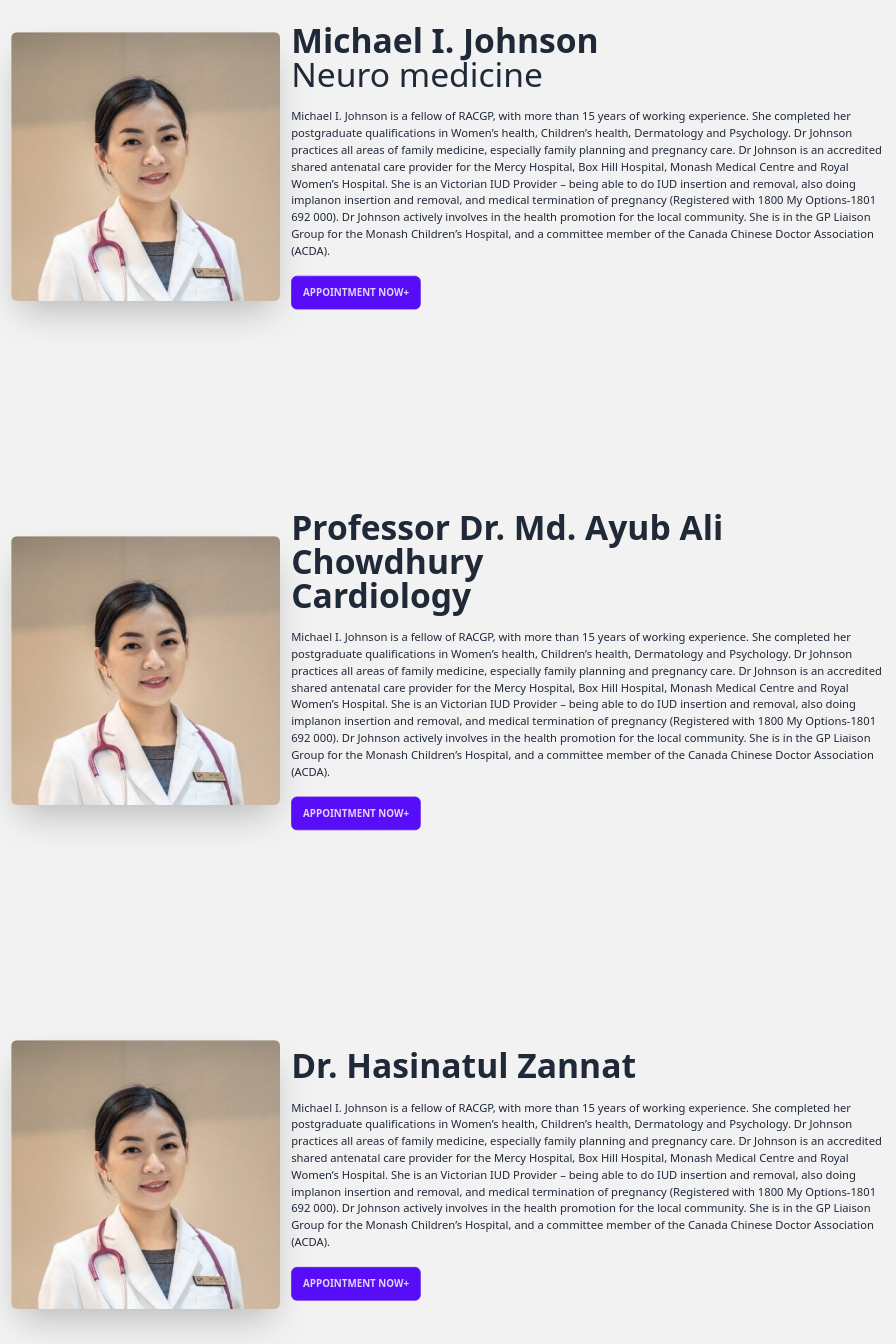
Repository: salmaakter11/Medical-Health
Page: /
An editor plug-in stored every save of this project. The page is shown before and after the next save, followed by the edit.
The browser window is 1280 px wide. The pictures show the part of the page from y = 1050 to 2970 px (the page is 3088 px tall), at 70% of full size.
The project was rebuilt for these pictures with package versions that can differ from the ones it lists, and the page was loaded fresh each time. Also part of the build but not shown: vite.config.js.

Above is the page before, as saved 2023-07-10 21:47:57.

### index.html

<!DOCTYPE html>
<html lang="en">
  <head>
    <meta charset="UTF-8" />
    <link rel="icon" type="image/svg+xml" href="src/img/img3.jpg" />
    <meta name="viewport" content="width=device-width, initial-scale=1.0" />
    <title>Medical Health</title>
  </head>
  <body>
    <div id="root"></div>
    <script type="module" src="/src/main.jsx"></script>
  </body>
</html>

### src/App.jsx
import Home from "./component/Home/Home"
import Navbar from "./component/Navbar/Navbar"
import Doctor from "./component/Doctor's/Doctor"



function App() {


  return (
    <>
    <Navbar></Navbar>
    <Home></Home>
    <Doctor></Doctor>


    </>
  )
}

export default App

### src/component/Home/Home.jsx

import React from 'react';


const Home = () => {
  return (
    <div id="Home">
      <div className="hero min-h-screen" style={{backgroundImage: 'url(https://medicaleducationsjp.com/-/media/Project/SXA/St-John-Providence-MedEd/providence-providence-park-hospital-southfield.jpg?la=en&hash=6BFBFC9A4CD3C2C67CDD857FB88B5C53FA24BCE4)'}}>
  <div className="hero-overlay bg-opacity-60"></div>
  <div className="hero-content text-center text-neutral-content">
    <div className="max-w-md">
      <h1 className="mb-5 text-5xl font-bold">We Care Medical & Health </h1>
      <p className="mb-5">We will conduct a complete dental examination and create an individualized treatment plan for you .</p>
      <button className="btn btn-primary">Make an Appointment +</button>
    </div>
  </div>
</div>

    </div>
  );
};

export default Home;

### src/component/Navbar/Navbar.jsx
import React from 'react';
import './Navbar.css'
const Navbar = () => {
    return (
        <div>
            <div className="navbar bg-base-100 nav z-40 shadow-sm shadow-black ">
                <div className="navbar-start">
                    <div className="dropdown">
                        <label tabindex="0" className="btn btn-ghost lg:hidden">
                            <svg xmlns="http://www.w3.org/2000/svg" className="h-5 w-5" fill="none" viewBox="0 0 24 24" stroke="currentColor"><path stroke-linecap="round" stroke-linejoin="round" stroke-width="2" d="M4 6h16M4 12h8m-8 6h16" /></svg>
                        </label>

                        {/* mobile device nav */}

                        <ul tabindex="0" className="menu menu-sm dropdown-content mt-3 p-2 shadow bg-base-100 rounded-box w-52 text-xl font-bold">
                        <li><a href="#Home" >Home </a></li>
    <li><a href="#Doctor">Doctor details</a></li>
    <li><a href="#Service">Service</a></li>
    <li><a href="#Shop">Medecine shop</a></li>
        <li><a href="#Contact" >Contact</a></li>
        <li><a href="#photo" >Photo&Gallery</a></li>
        <li><a href="#livechat" >LiveChat</a></li>


      </ul>
    </div>

    <a id='' href='/' className="btn btn-ghost normal-case text-xl font-bold text-xl front-bold"> Medical Health</a>
  </div>

  {/* pc device nav */}
  <div className="navbar-center hidden lg:flex ">
    <ul className="menu menu-horizontal px-1 text-xl font-bold">
    <li><a href="#Home" >Home </a></li>
    <li><a href="#Doctor">Doctor details</a></li>
    <li><a href="#Service">Service</a></li>
    <li><a href="#Shop">Medecine shop</a></li>
        <li><a href="#Contact" >Contact</a></li>
        <li><a href="#Contact" >Photo&Gallery</a></li>
        <li><a href="#livechat" >LiveChat</a></li>


    </ul>
  </div>
  <div className="navbar-end pr-10">
    {/* nav facebook logo */}

  <a target="blank" href="https://www.facebook.com/Salma.com.37"><svg xmlns="http://www.w3.org/2000/svg" width="30" height="30" viewBox="0 0 24 24" className="fill-current"><path d="M9 8h-3v4h3v12h5v-12h3.642l.358-4h-4v-1.667c0-.955.192-1.333 1.115-1.333h2.885v-5h-3.808c-3.596 0-5.192 1.583-5.192 4.615v3.385z"></path></svg></a>
  </div>
            </div>
        </div>
    );
};

export default Navbar;

### src/component/Doctor's/Doctor.jsx
import doc1 from "../../img/doc1.jpg"
import React from 'react';

const Doctor = () => {
    return (
        <div>
            <h1 className=' text-center text-neutral font-bold text-5xl py-20 '>Doctor Deteils</h1>
            <div>
                {/* Doctor1 */}
            <div className="hero min-h-screen bg-base-200">
  <div className="hero-content flex-col lg:flex-row">
    <img src={doc1} className="max-w-sm rounded-lg shadow-2xl" />
    <div>
      <h1 className="text-5xl font-bold">Michael I. Johnson</h1>
      <h6 className="text-5xl ">Neuro medicine </h6>
      <p className="py-6">Michael I. Johnson is a fellow of RACGP, with more than 15 years of working experience. She completed her postgraduate qualifications in Women’s health, Children’s health, Dermatology and Psychology.
Dr Johnson practices all areas of family medicine, especially family planning and pregnancy care. Dr Johnson is an accredited shared antenatal care provider for the Mercy Hospital, Box Hill Hospital, Monash Medical Centre and Royal Women’s Hospital. She is an Victorian IUD Provider – being able to do IUD insertion and removal, also doing implanon insertion and removal, and medical termination of pregnancy (Registered with 1800 My Options-1801 692 000).
Dr Johnson actively involves in the health promotion for the local community. She is in the GP Liaison Group for the Monash Children’s Hospital, and a committee member of the Canada Chinese Doctor Association (ACDA).</p>
      <button className="btn btn-primary">Appointment Now+</button>
    </div>
  </div>
</div>

{/* Doctor2 */}
<div className="hero min-h-screen bg-base-200">
  <div className="hero-content flex-col lg:flex-row">
    <img src={doc1} className="max-w-sm rounded-lg shadow-2xl" />
    <div>
      <h1 className="text-5xl font-bold">Professor Dr. Md. Ayub Ali Chowdhury</h1>
      <h4 className="text-5xl font-bold">Cardiology</h4>
      <p className="py-6">Michael I. Johnson is a fellow of RACGP, with more than 15 years of working experience. She completed her postgraduate qualifications in Women’s health, Children’s health, Dermatology and Psychology.
Dr Johnson practices all areas of family medicine, especially family planning and pregnancy care. Dr Johnson is an accredited shared antenatal care provider for the Mercy Hospital, Box Hill Hospital, Monash Medical Centre and Royal Women’s Hospital. She is an Victorian IUD Provider – being able to do IUD insertion and removal, also doing implanon insertion and removal, and medical termination of pregnancy (Registered with 1800 My Options-1801 692 000).
Dr Johnson actively involves in the health promotion for the local community. She is in the GP Liaison Group for the Monash Children’s Hospital, and a committee member of the Canada Chinese Doctor Association (ACDA).</p>
      <button className="btn btn-primary">Appointment Now+</button>
    </div>
  </div>
</div>
{/*
Doctor 3 */}

<div className="hero min-h-screen bg-base-200">
  <div className="hero-content flex-col lg:flex-row">
    <img src={doc1} className="max-w-sm rounded-lg shadow-2xl" />
    <div>
      <h1 className="text-5xl font-bold">Dr. Hasinatul Zannat</h1>
      <h6 className="text-3xl"></h6>
      <p className="py-6">Michael I. Johnson is a fellow of RACGP, with more than 15 years of working experience. She completed her postgraduate qualifications in Women’s health, Children’s health, Dermatology and Psychology.
Dr Johnson practices all areas of family medicine, especially family planning and pregnancy care. Dr Johnson is an accredited shared antenatal care provider for the Mercy Hospital, Box Hill Hospital, Monash Medical Centre and Royal Women’s Hospital. She is an Victorian IUD Provider – being able to do IUD insertion and removal, also doing implanon insertion and removal, and medical termination of pregnancy (Registered with 1800 My Options-1801 692 000).
Dr Johnson actively involves in the health promotion for the local community. She is in the GP Liaison Group for the Monash Children’s Hospital, and a committee member of the Canada Chinese Doctor Association (ACDA).</p>
      <button className="btn btn-primary">Appointment Now+</button>
    </div>
  </div>
</div>

            </div>
        </div>
    );
};

export default Doctor;

### src/component/Navbar/Navbar.css
.nav {
    position: fixed;
    top: o;
}

Loaded but not shown: src/main.jsx (common file); src/index.css (common file); tailwind.config.js (common file)

After the next save:
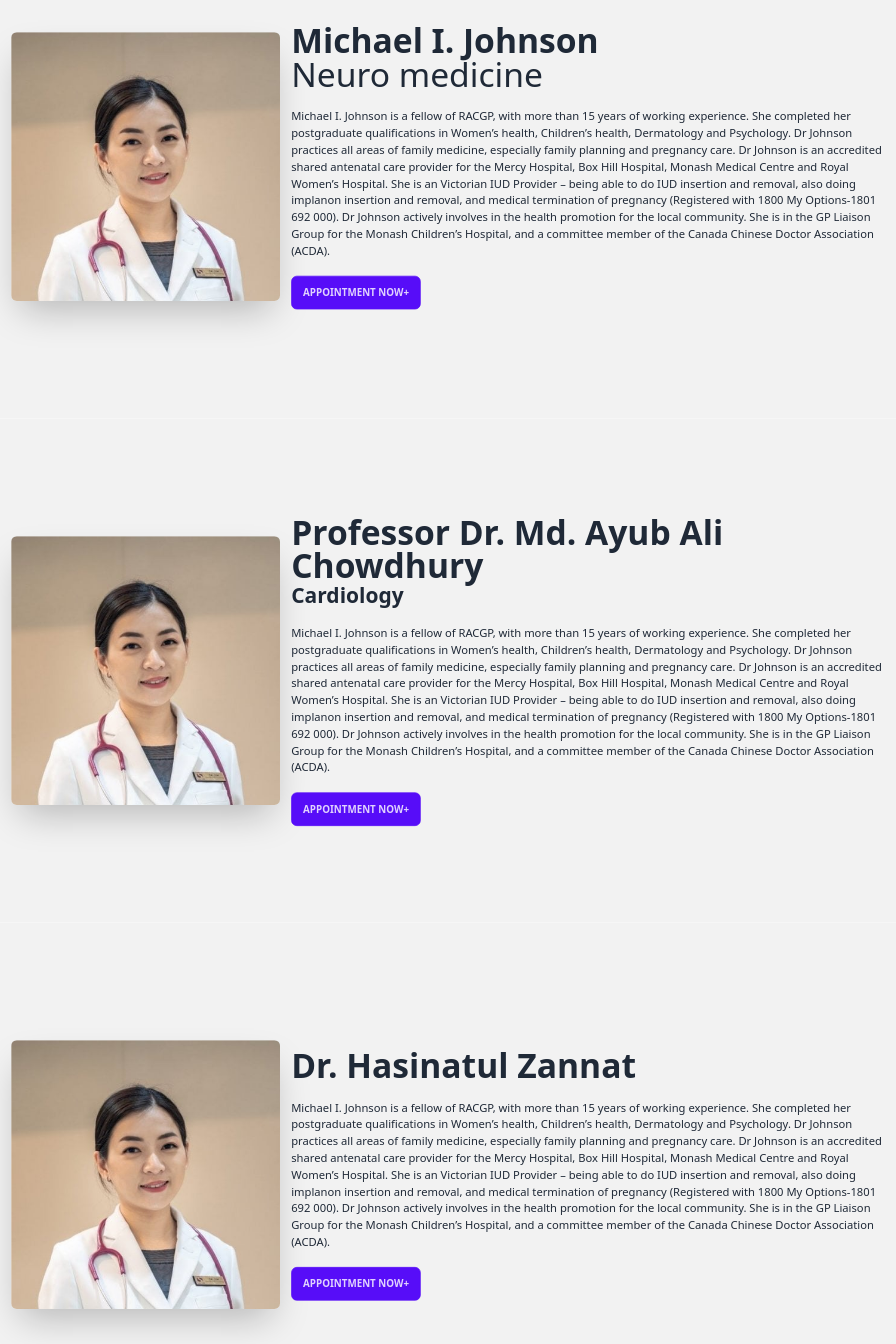
Saved 7 s later.
--- a/src/component/Doctor's/Doctor.jsx
+++ b/src/component/Doctor's/Doctor.jsx
@@ -27,7 +27,7 @@
     <img src={doc1} className="max-w-sm rounded-lg shadow-2xl" />
     <div>
       <h1 className="text-5xl font-bold">Professor Dr. Md. Ayub Ali Chowdhury</h1>
-      <h4 className="text-5xl font-bold">Cardiology</h4>
+      <h4 className="text-3xl font-bold">Cardiology</h4>
       <p className="py-6">Michael I. Johnson is a fellow of RACGP, with more than 15 years of working experience. She completed her postgraduate qualifications in Women’s health, Children’s health, Dermatology and Psychology.
 Dr Johnson practices all areas of family medicine, especially family planning and pregnancy care. Dr Johnson is an accredited shared antenatal care provider for the Mercy Hospital, Box Hill Hospital, Monash Medical Centre and Royal Women’s Hospital. She is an Victorian IUD Provider – being able to do IUD insertion and removal, also doing implanon insertion and removal, and medical termination of pregnancy (Registered with 1800 My Options-1801 692 000).
 Dr Johnson actively involves in the health promotion for the local community. She is in the GP Liaison Group for the Monash Children’s Hospital, and a committee member of the Canada Chinese Doctor Association (ACDA).</p>
